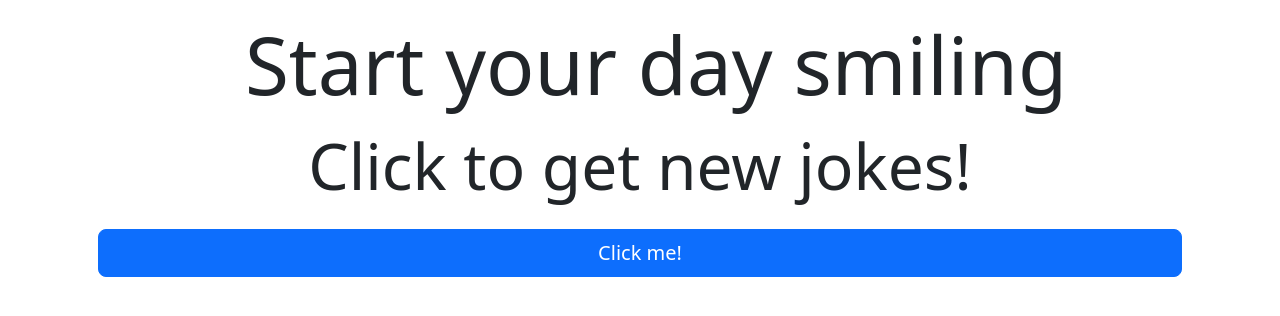
Repository: danieltikamori/wdb
Page: projects/Joke Machine/index.html
These files come from the project's save history. The page is drawn as it stood at one moment and after the next save; the edit follows.
The browser window is 1280 px wide. The pictures show the whole page.
Some web libraries are served in a nearby version.

Above is the page before, as saved 2023-01-28 18:14:34.

### projects/Joke Machine/index.html
<!DOCTYPE html>
<html lang="en">
<head>
  <meta charset="UTF-8">
  <meta http-equiv="X-UA-Compatible" content="IE=edge">
  <meta name="viewport" content="width=device-width, initial-scale=1.0">
  <title>Joke Machine</title>
  <link href="https://cdn.jsdelivr.net/npm/bootstrap@5.3.0-alpha1/dist/css/bootstrap.min.css" rel="stylesheet" integrity="sha384-GLhlTQ8iRABdZLl6O3oVMWSktQOp6b7In1Zl3/Jr59b6EGGoI1aFkw7cmDA6j6gD" crossorigin="anonymous">
</head>
<body>
  <div class="container text-center">
    <h1 class="m-3 container-fluid display-1">Start your day smiling</h1>
    <h2 class="container-fluid display-3">Click to get new jokes!</h2>
    <div class="d-grid gap-2"><button id="jokeButton" class="btn btn-primary btn-lg m-3">Click me!</button></div>
    <ul id="jokes"></ul>
  </div>

  <script src="https://cdn.jsdelivr.net/npm/bootstrap@5.3.0-alpha1/dist/js/bootstrap.bundle.min.js" integrity="sha384-w76AqPfDkMBDXo30jS1Sgez6pr3x5MlQ1ZAGC+nuZB+EYdgRZgiwxhTBTkF7CXvN" crossorigin="anonymous"></script><script src="https://cdn.jsdelivr.net/npm/bootstrap@5.3.0-alpha1/dist/js/bootstrap.bundle.min.js" integrity="sha384-w76AqPfDkMBDXo30jS1Sgez6pr3x5MlQ1ZAGC+nuZB+EYdgRZgiwxhTBTkF7CXvN" crossorigin="anonymous"></script>
  <script src="https://cdn.jsdelivr.net/npm/axios@1.1.2/dist/axios.min.js"></script>
  <script src="app.js"></script>
</body>
</html>

### projects/Joke Machine/app.js
const jokes = document.querySelector("#jokes");
const button = document.querySelector("#jokeButton");

const addNewJoke = async () => {
  const jokeText = await getDadJoke();
  const newLI = document.createElement("LI");
  newLI.append(jokeText);
  jokes.append(newLI);
};

const getDadJoke = async () => {
  try {
    const config = { headers: { Accept: "application/json" } };
    const response = await axios.get("https://icanhazdadjoke.com/", config);
    return response.data.joke;
  } catch (err) {
    return "No jokes available! Try again another time!";
  }
};
button.addEventListener("click", addNewJoke); //Event listener must be after the function

After the next save:
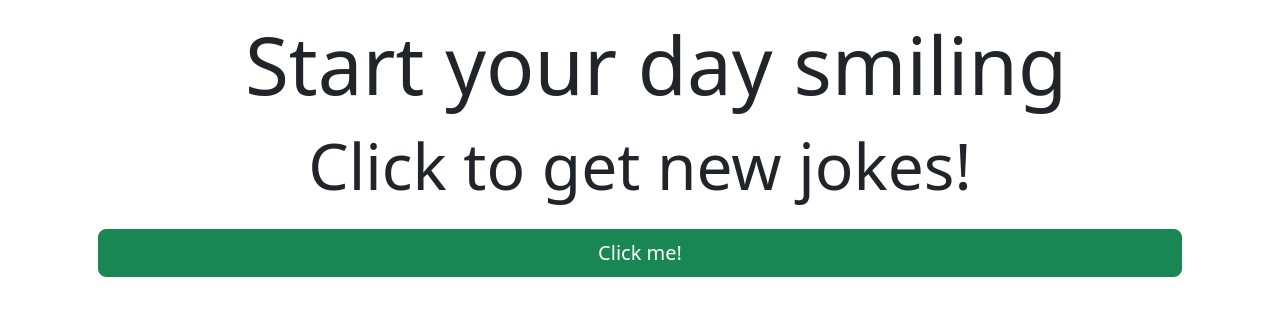
Saved 34 s later.
--- a/projects/Joke Machine/index.html
+++ b/projects/Joke Machine/index.html
@@ -11,7 +11,7 @@
   <div class="container text-center">
     <h1 class="m-3 container-fluid display-1">Start your day smiling</h1>
     <h2 class="container-fluid display-3">Click to get new jokes!</h2>
-    <div class="d-grid gap-2"><button id="jokeButton" class="btn btn-primary btn-lg m-3">Click me!</button></div>
+    <div class="d-grid gap-2"><button id="jokeButton" class="btn btn-success btn-lg m-3">Click me!</button></div>
     <ul id="jokes"></ul>
   </div>
 
